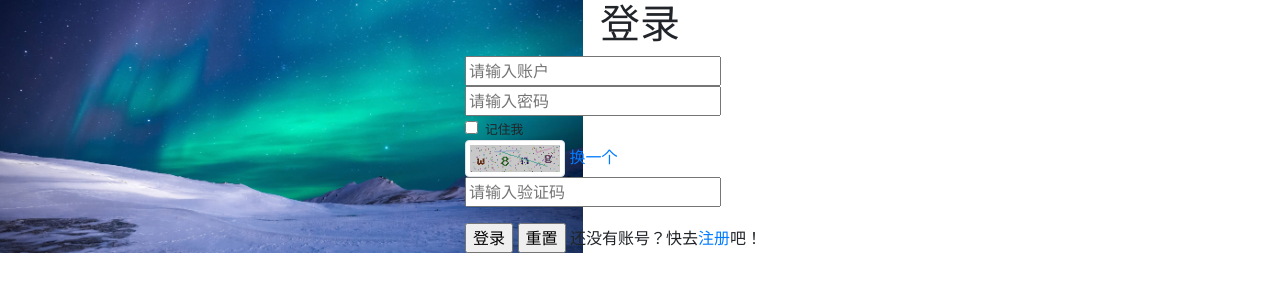
Repository: DHUAVH/Blog
Page: http://localhost/login.php
These files come from the project's save history. The page is drawn as it stood at one moment and after the next save; the edit follows.
The browser window is 1280 px wide. The pictures show the whole page.
Some web libraries are served in a nearby version. The page is run by PHP 8.4 with error messages shown; the project is at /var/www/html/.

Above is the page before, as saved 2020-11-29 17:12:15.

### login.php
<!DOCTYPE html>
<html lang="en">
<head>
    <meta charset="UTF-8">
    <meta name="viewport" content="width=device-width, initial-scale=1.0">
    <link rel="stylesheet" href="https://cdn.staticfile.org/twitter-bootstrap/4.3.1/css/bootstrap.min.css">
    <script src="https://cdn.staticfile.org/jquery/3.2.1/jquery.min.js"></script>
    <script src="https://cdn.staticfile.org/popper.js/1.15.0/umd/popper.min.js"></script>
    <script src="https://cdn.staticfile.org/twitter-bootstrap/4.3.1/js/bootstrap.min.js"></script>
    <title>登陆界面</title>

    <style>
        body{
            background:url(images/bg.jpg);
            background-size:contain;
            background-repeat: no-repeat;
        }
    </style>
</head>

<body>
    <div class="container">
    <h1 class="text-center">登录</h1>
    <div class="row">
        <div class="col-sm-4 offset-sm-4">    <!--使用网格系统和偏移量设置居中-->
            <div class="d-flex">
                <form role="form" action="loginAction.php" method="POST">
                    <div class="justify-content-center">
                        <input id="ID" type="text" name="username"
                            value="<?php echo isset($_COOKIE['username']) ? $_COOKIE['username'] : "";?>"  placeholder="请输入账户" required>
                    </div>

                            <input type="password" id="lastname" name="password" placeholder="请输入密码" required></td>

                                <div class="form-check">
                                    <label class="form-check-label">
                                            <input class="form-check-input" type="checkbox"><small>记住我</small>
                                    </label>
                                </div>


                            <td colspan="2" class="text-center" style="color:red;font-size:10px;">
                                 <?php
                                    $err = isset($_GET["err"]) ? $_GET["err"] : "";
                                    switch($err){
                                        case 1:
                                            // 可取消的警告框
                                            echo "<div class='alert alert-danger alert-dismissible fade show' role='alert'>";
                                            echo "<strong>用户名或密码错误!请检查用户名或重新输入密码！</strong>";
                                            echo "<button type=button' class='close' data-dismiss='alert' aria-label='Close'>";
                                            echo "<span aria-hidden='true'>&times;</span>";
                                            echo "</button>";
                                        break;

                                        case 2:
                                            // 可取消的警告框
                                            echo "<div class='alert alert-waring alert-dismissible fade show' role='alert'>";
                                            echo "<strong>警告!用户名和密码不能为空！</strong>";
                                            echo "<button type=button' class='close' data-dismiss='alert' aria-label='Close'>";
                                            echo "<span aria-hidden='true'>&times;</span>";
                                            echo "</button>";
                                        break;

                                        case 3:
                                            // 可取消的警告框
                                            echo "<div class='alert alert-danger alert-dismissible fade show' role='alert'>";
                                            echo "<strong>验证码错误!请重新输入验证码！</strong>";
                                            echo "<button type=button' class='close' data-dismiss='alert' aria-label='Close'>";
                                            echo "<span aria-hidden='true'>&times;</span>";
                                            echo "</button>";
                                        break;
                                    }
                                ?>

                                <img id="captcha" src="captcha.php?r=<?php echo rand();?>" width="100" class="img-thumbnail">
                                <a href="javascript:void(0)" onclick="document.getElementById('captcha').src='captcha.php?r='+Math.random()">换一个</a><br>
                                <input type="text" name="authcode" placeholder="请输入验证码" required></p>


                            <td class="text-center" colspan="2">
                                <input type="submit" name="login" value="登录">
                                <input type="reset" name="reset" value="重置">


                            <td class="text-center" colspan="2" >还没有账号？快去<a href="register.php">注册</a>吧！</td>
                </form>
                </div>

            </div>
        </div>
    </div>
</body>
</html>

### captcha.php
<?php
  session_start();

  $image = imagecreatetruecolor(100,30);
  $bgcolor = imagecolorallocate($image,200,200,200);
  imagefill($image,0,0,$bgcolor);

  //验证码内容
  $captcha_code = '';
  for($i=0;$i<4;$i++){
      $fontsize = 5;
      $x = ($i*100 / 4) + rand(5,10);
      $y = rand(5,10);
      $data = 'abcdefghkmnprstuvwx345678';
      $str = $data[rand(0,strlen($data))];
      $captcha_code .= $str;
      $fontcolor = imagecolorallocate($image,rand(0,120),rand(0,120),rand(0,120));
      imagestring($image,$fontsize,$x,$y,$str,$fontcolor);
  }

  $_SESSION['authcode'] = $captcha_code;

  //增加点干扰元素
  for($i=0;$i<200;$i++){
      $pointcolor = imagecolorallocate($image,rand(50,200),rand(50,200),rand(50,200));
      imagesetpixel($image,rand(1,99),rand(1,29),$pointcolor);
  }

  //增加线干扰元素
  for($i=0;$i<4;$i++){
      $linecolor = imagecolorallocate($image,rand(80,220),rand(80,220),rand(80,220));
      imageline($image,rand(1,99),rand(1,29),rand(1,99),rand(1,29),$linecolor);
  }


  header('content-type:image/png');    //输出图片的信息
  imagepng($image);   //输出图片

  imagedestroy($image);
?>

After the next save:
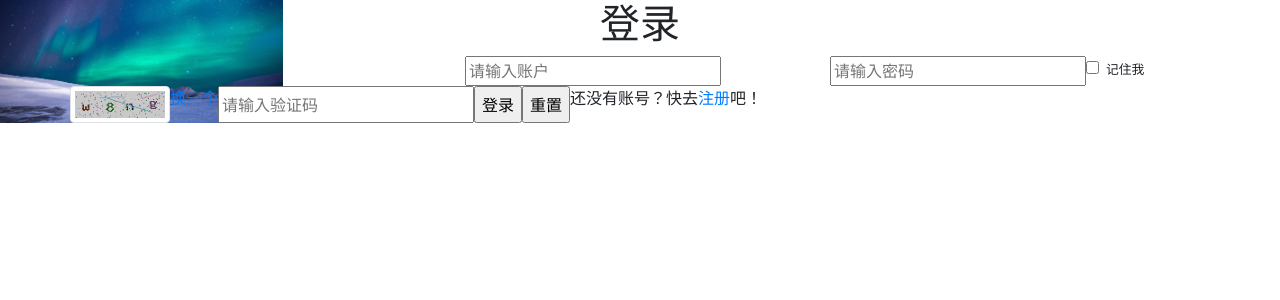
Saved 49 s later.
--- a/login.php
+++ b/login.php
@@ -23,10 +23,9 @@
     <h1 class="text-center">登录</h1>
     <div class="row">
         <div class="col-sm-4 offset-sm-4">    <!--使用网格系统和偏移量设置居中-->
-            <div class="d-flex">
-                <form role="form" action="loginAction.php" method="POST">
-                    <div class="justify-content-center">
-                        <input id="ID" type="text" name="username"
+            <form role="form" action="loginAction.php" method="POST">
+                <div class="text-center"></div>
+                <input id="ID" type="text" name="username"
                             value="<?php echo isset($_COOKIE['username']) ? $_COOKIE['username'] : "";?>"  placeholder="请输入账户" required>
                     </div>
 

After the save that followed:
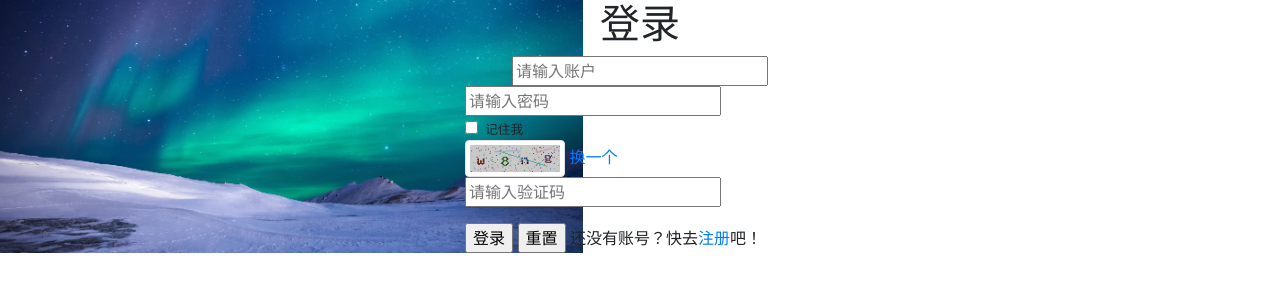
Saved 18 s later.
--- a/login.php
+++ b/login.php
@@ -24,10 +24,12 @@
     <div class="row">
         <div class="col-sm-4 offset-sm-4">    <!--使用网格系统和偏移量设置居中-->
             <form role="form" action="loginAction.php" method="POST">
-                <div class="text-center"></div>
-                <input id="ID" type="text" name="username"
-                            value="<?php echo isset($_COOKIE['username']) ? $_COOKIE['username'] : "";?>"  placeholder="请输入账户" required>
-                    </div>
+                <div class="text-center">
+                    <input id="ID" type="text" name="username"
+                        value="<?php echo isset($_COOKIE['username']) ? $_COOKIE['username'] : "";?>"  placeholder="请输入账户" required>
+                </div>
+
+
 
                             <input type="password" id="lastname" name="password" placeholder="请输入密码" required></td>
 
